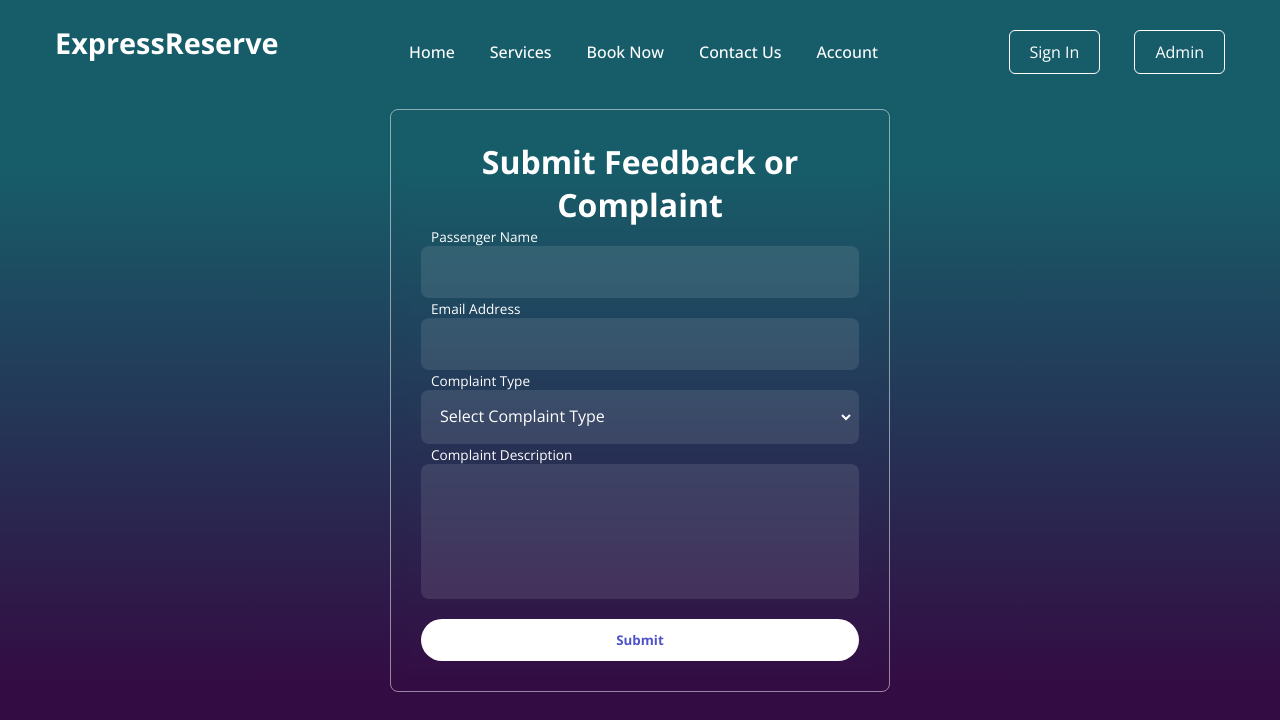
Repository: AmodhyaSharinda/Train-Reservation-system
Page: http://localhost/Train_reserve/ContactUs.jsp
These files come from the project's save history. The page is drawn as it stood at one moment and after the next save; the edit follows.
The browser window is 1280 px wide. The pictures show the whole page.
The page is served by Tomcat 9.

Above is the page before, as saved 2024-10-08 08:18:50.

After the next save:
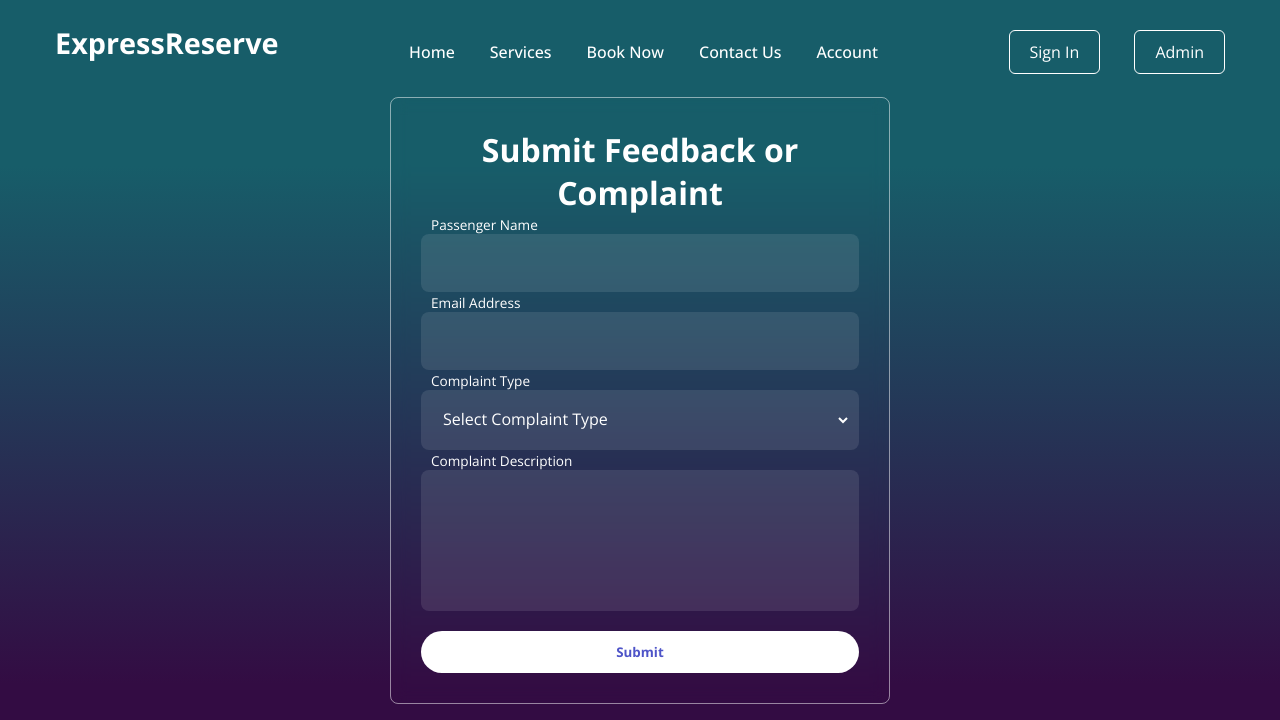
Saved 18 s later.
--- a/Train reserve/src/main/webapp/ContactUs.jsp
+++ b/Train reserve/src/main/webapp/ContactUs.jsp
@@ -48,7 +48,7 @@
 .input-field {
     position: relative;
     margin: 20px 0;
-    padding: 5px;
+    padding: 8px;
     background: rgba(255, 255, 255, 0.1);
     border-radius: 8px;
     transition: background 0.3s ease;
